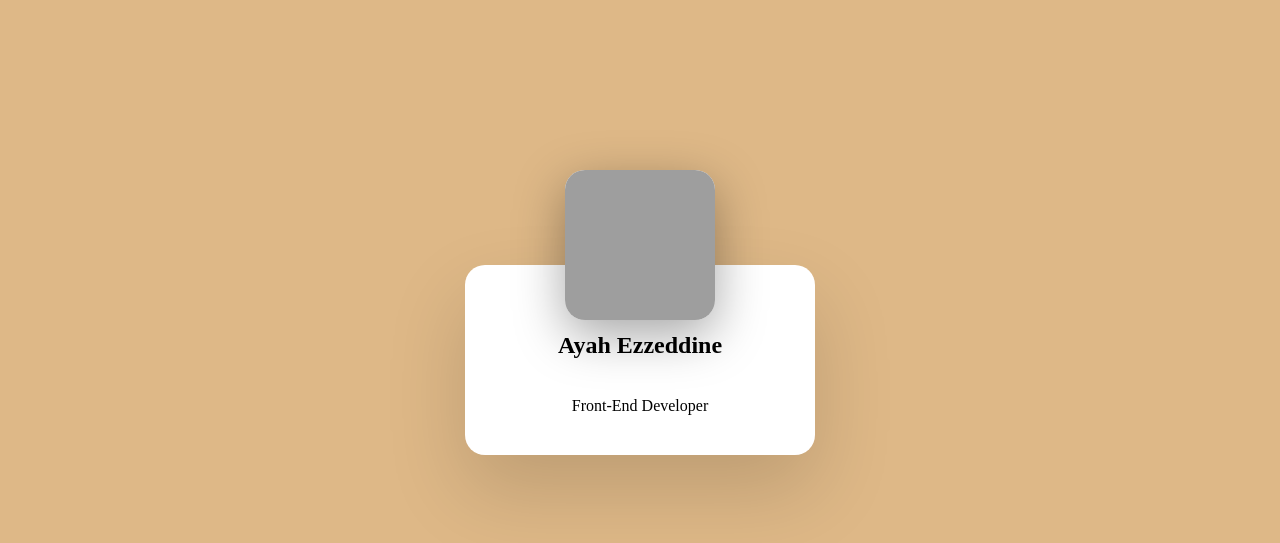
Repository: ayah1996/Github-Profiles
Page: index.html
An editor plug-in stored every save of this project. The page is shown before and after the next save, followed by the edit.
The browser window is 1280 px wide. The pictures show the whole page.
Pictures or frames that could not be fetched are drawn as grey boxes. The page's requests for data from a server got no answer.

Above is the page before, as saved 2023-01-26 14:15:02.

After the next save:
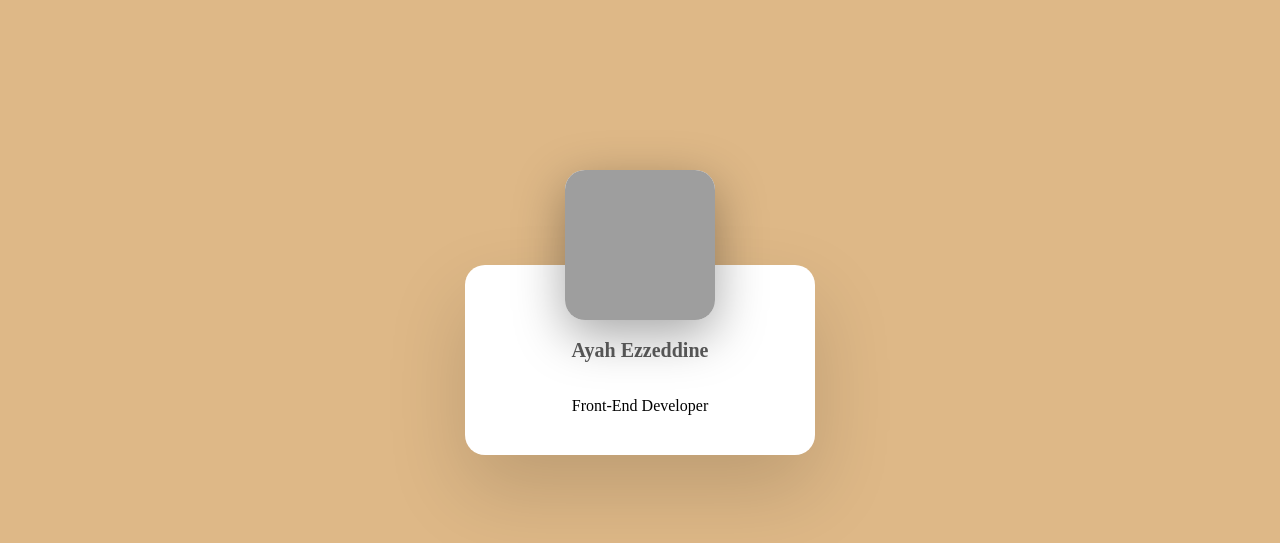
Saved 55 s later.
--- a/style.css
+++ b/style.css
@@ -69,4 +69,12 @@ body {
   width: 100%;
   padding: 40px;
   text-align: center;
+  transition: 0.5s;
 }
+
+.card .details h2 {
+  font-size: 1.25em;
+  font-weight: 600;
+  color: #555;
+  line-height: 1.2em;
+}
